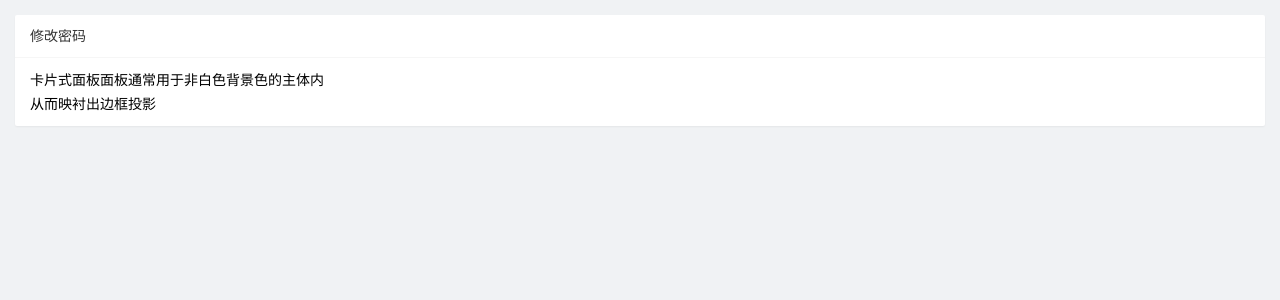
Repository: toastname/openread
Page: User/user_pwd.html
An editor plug-in stored every save of this project. The page is shown before and after the next save, followed by the edit.
The browser window is 1280 px wide. The pictures show the whole page.

Above is the page before, as saved 2021-06-14 19:01:01.

### User/user_pwd.html
<!DOCTYPE html>
<html lang="en">

<head>
    <meta charset="UTF-8">
    <meta http-equiv="X-UA-Compatible" content="IE=edge">
    <meta name="viewport" content="width=device-width, initial-scale=1.0">
    <title>Document</title>
    <link rel="stylesheet" href="..lib/layui/css/layui.css">
    <link rel="stylesheet" href="..styles/User/user_pwd.css">
</head>

<body>
    <div class="layui-card">
        <div class="layui-card-header">修改密码</div>
        <div class="layui-card-body">
            卡片式面板面板通常用于非白色背景色的主体内<br> 从而映衬出边框投影
        </div>
    </div>
</body>

</html>

### styles/User/user_pwd.css
html,
body {
    margin: 0;
    padding: 0;
}

body {
    background-color: #f0f2f4;
    padding: 15px;
}

.layui-form {
    width: 500px;
}

Loaded but not shown: lib/layui/css/layui.css (library)

After the next save:
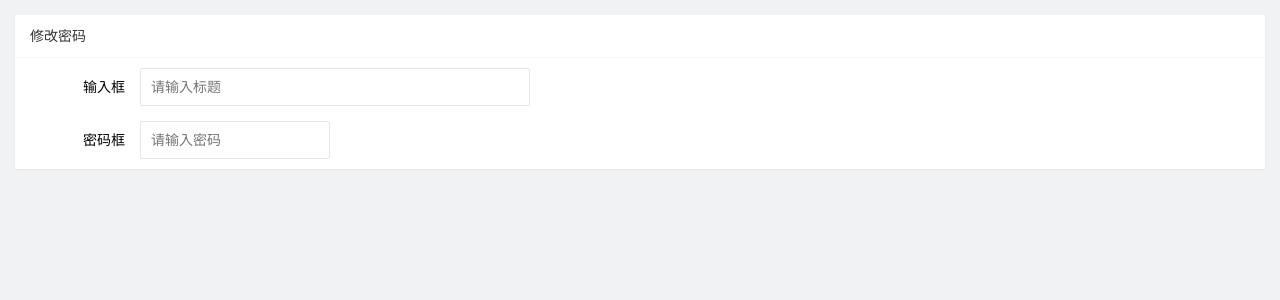
Saved 3 min 20 s later.
--- a/User/user_pwd.html
+++ b/User/user_pwd.html
@@ -14,7 +14,20 @@
     <div class="layui-card">
         <div class="layui-card-header">修改密码</div>
         <div class="layui-card-body">
-            卡片式面板面板通常用于非白色背景色的主体内<br> 从而映衬出边框投影
+            <form class="layui-form" action="">
+                <div class="layui-form-item">
+                    <label class="layui-form-label">输入框</label>
+                    <div class="layui-input-block">
+                        <input type="text" name="title" required lay-verify="required" placeholder="请输入标题" autocomplete="off" class="layui-input">
+                    </div>
+                </div>
+                <class class="layui-form-item">
+                    <label class="layui-form-label">密码框</label>
+                    <div class="layui-input-inline">
+                        <input type="password" name="password" required lay-verify="required" placeholder="请输入密码" autocomplete="off" class="layui-input">
+                    </div>
+                </class>
+            </form>
         </div>
     </div>
 </body>
